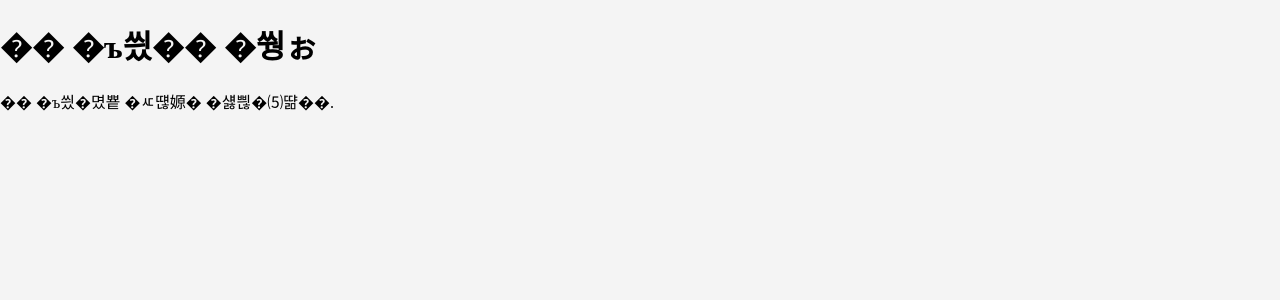
Repository: rjswh0503/SpringBoot-workspace
Page: springTestProject-2/src/main/resources/static/header.html
These files come from the project's save history. The page is drawn as it stood at one moment and after the next save; the edit follows.
The browser window is 1280 px wide. The pictures show the whole page.

Above is the page before, as saved 2023-11-21 05:24:41.

### springTestProject-2/src/main/resources/static/header.html
<!DOCTYPE html>
<html>
	<head>
	<meta charset="EUC-KR">
	<title>머릿말</title>
	</head>
	<body>
		<style>
			body {
				margin: 0;
				padding: 0;
				background-color: #f4f4f4;
			}
		</style>
		<h1> 웹 사이트 제목</h1>
		<p>웹 사이트에 오신걸 환영합니다.</p>

	</body>
</html>

After the next save:
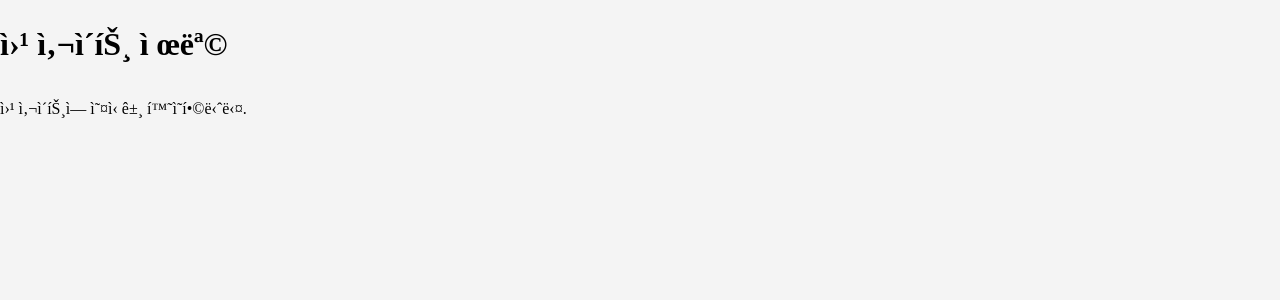
Saved 35 s later.
--- a/springTestProject-2/src/main/resources/static/header.html
+++ b/springTestProject-2/src/main/resources/static/header.html
@@ -1,7 +1,7 @@
 <!DOCTYPE html>
-<html>
+<html lang="ko">
 	<head>
-	<meta charset="EUC-KR">
+	<meta charset="EUC-">
 	<title>머릿말</title>
 	</head>
 	<body>
